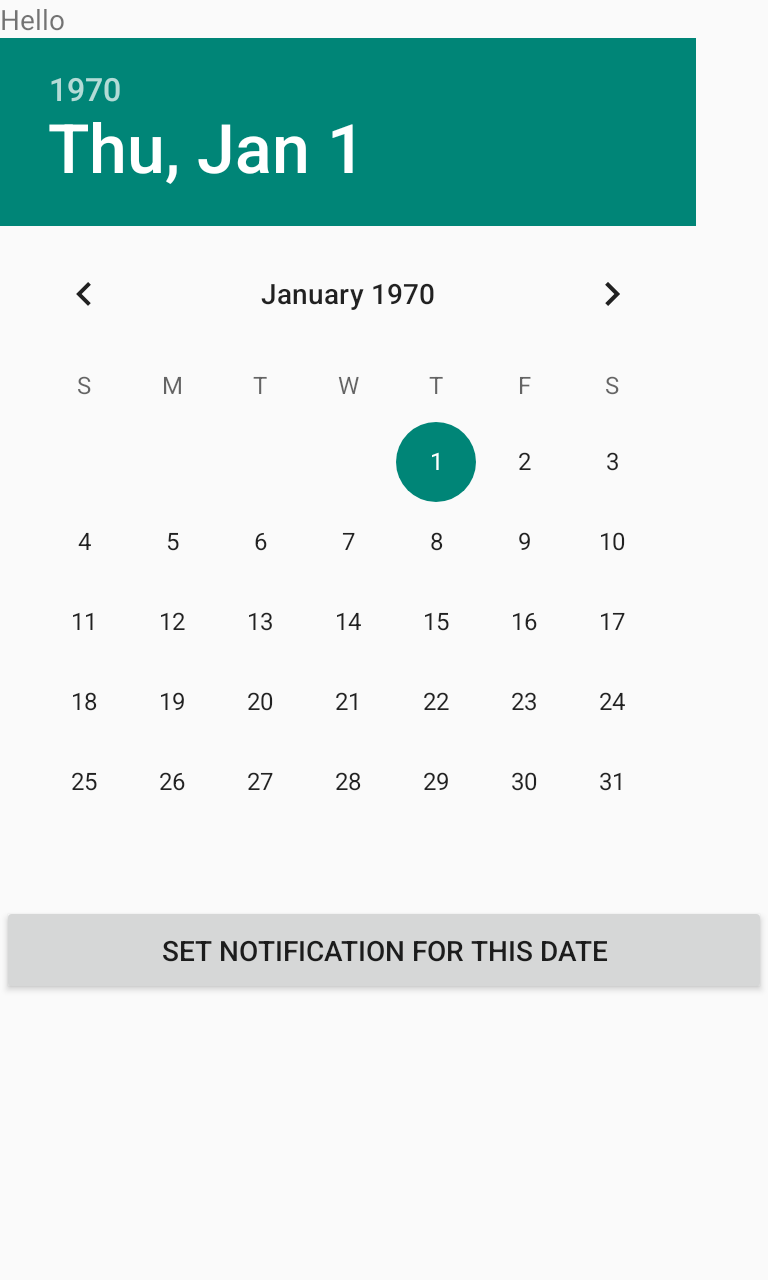
Repository: hackathon-2014/devdroid-repo
Layout: HealthyCompetition/res/layout/schedule_layout.xml
The author's editor kept a copy of each file at every save. The layout is drawn from the files as they stood at one save, then again after the next save.
It is drawn on a 768 x 1280 px phone screen (xhdpi) without system bars, with theme AppTheme; the app's code is not run.

Above is the layout before, as saved 2014-08-24 00:05:51.

After the next save:
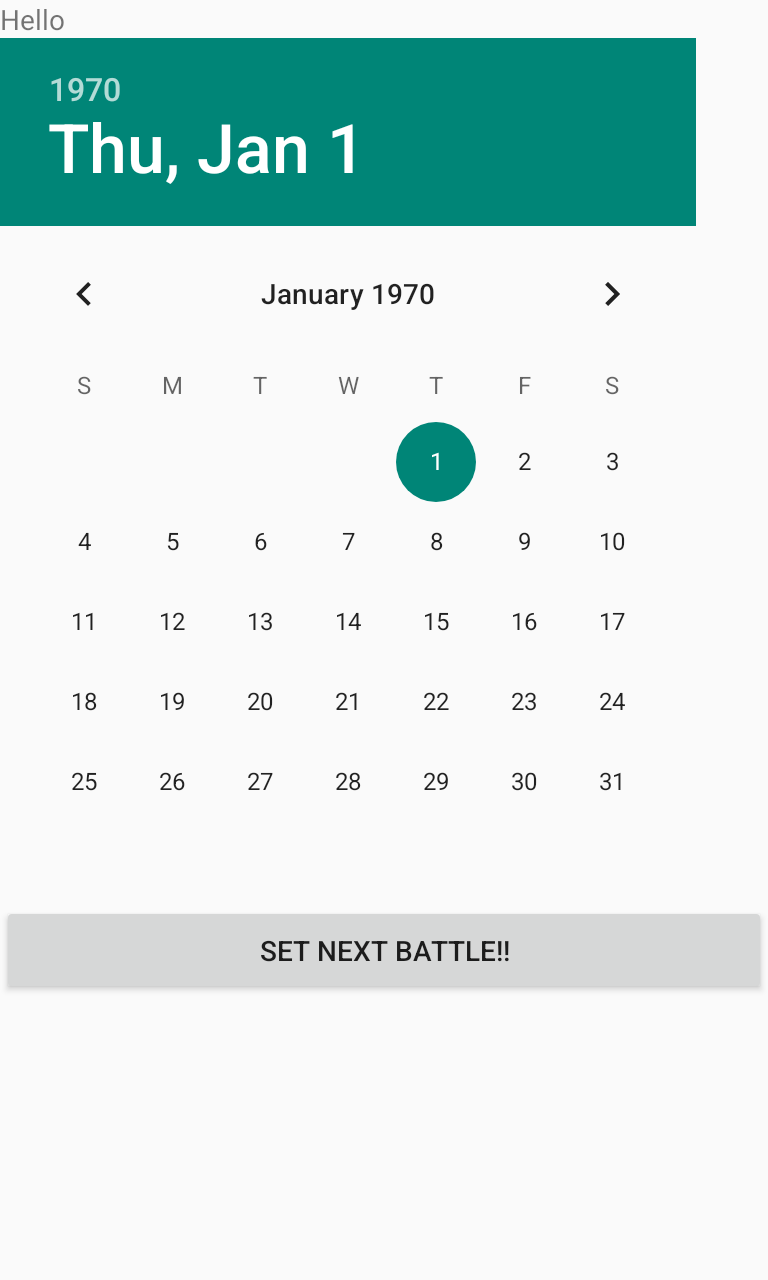
Saved 63 s later.
--- a/HealthyCompetition/res/layout/schedule_layout.xml
+++ b/HealthyCompetition/res/layout/schedule_layout.xml
@@ -19,6 +19,6 @@
         android:layout_width="fill_parent"
         android:layout_height="wrap_content"
         android:onClick="onDateSelectedButtonClick"
-        android:text="Set notification for this date" />
+        android:text="Set next battle!!" />
 
 </LinearLayout>
